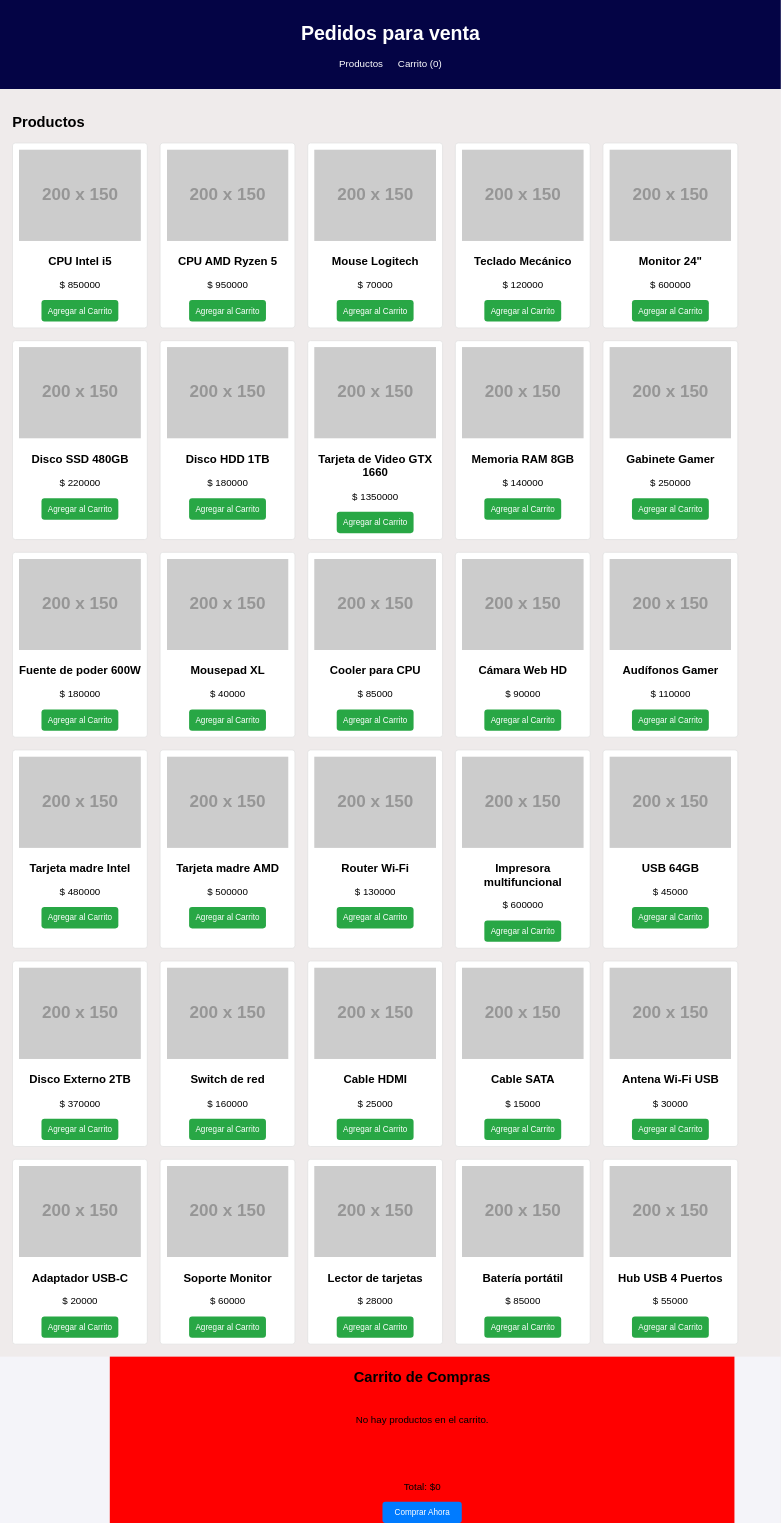
Repository: ye909/RAVPIP
Page: src/templei/ventasPortatil.html
These files come from the project's save history. The page is drawn as it stood at one moment and after the next save; the edit follows.
The browser window is 1280 px wide. The pictures show the whole page, at 61% of full size.

Above is the page before, as saved 2025-04-10 08:04:02.
Console error: ReferenceError: updateCart is not defined

### src/templei/ventasPortatil.html


<!DOCTYPE html>
<html lang="es">
<head>
    <meta charset="UTF-8">
    <meta name="viewport" content="width=device-width, initial-scale=1.0">
    <title>Tienda de Medios Tecnológicos</title>
    <link rel="stylesheet" href="../css/ventas.css">
</head>
<body>
  <header>
    <h1>Pedidos para venta </h1>
    <nav>
      <ul>
        <li><a href="#productos">Productos</a></li>
        <li><a href="#carrito">Carrito (<span id="cart-count">0</span>)</a></li>
      </ul>
    </nav>
  </header>

  <main class="containerCarrito">
    <section id="productos">
      <h2>Productos</h2>
      <div class="product-list" id="product-list">

      </div>
    </section>

    <section id="carrito" class="carrito">
      <h2>Carrito de Compras</h2>
      <div id="cart-items">
        <p>No hay productos en el carrito.</p>
      </div>
      <p>Total: $<span id="cart-total">0</span></p>
      <button id="checkout-btn" >Comprar Ahora</button>
    </section>


  </main>

  <!-- <footer>
    <p>&copy; 2023 Tienda de Medios Tecnológicos</p>
  </footer> -->


    <script src="../js/ventas.js"></script>

</body>
</html>

### src/css/ventas.css




body {
    font-family: Arial, sans-serif;
    margin: 0;
    padding: 0;
    background-color: #f4f4f9;
  }

  header {
    background-color: #040445;
    color: #fff;
    padding: 1rem;
    text-align: center;
  }

  header nav ul {
    list-style: none;
    padding: 0;
  }

  header nav ul li {
    display: inline;
    margin: 0 10px;
  }

  header nav ul li a {
    color: #fff;
    text-decoration: none;
  }

  main {
    padding: 20px;
    background: #efebeb;
    position: relative;
  }

  .product-list {
    display: flex;
    flex-wrap: wrap;
    gap: 20px;
  }

  .product {
    background-color: #fff;
    border: 1px solid #ddd;
    border-radius: 5px;
    padding: 10px;
    width: 200px;
    text-align: center;
  }

  .product img {
    max-width: 100%;
    height: auto;
  }

  .add-to-cart {
    background-color: #28a745;
    color: #fff;
    border: none;
    padding: 10px;
    cursor: pointer;
    border-radius: 5px;
  }

  .add-to-cart:hover {
    background-color: #218838;
  }

  #carrito {
    margin-top: 20px;
  }



  #checkout-btn {
    background-color: #007bff;
    color: #fff;
    border: none;
    padding: 10px 20px;
    cursor: pointer;
    border-radius: 5px;
  }

  #checkout-btn:disabled {
    background-color: #ccc;
  }
  .carrito{
    position: absolute;
 text-align: center;
   background:red;
   width:80%;
   margin-left: 160px;
   z-index: 100;
  }
  #cart-items {
    min-height: 100px;
    padding: 10px;
    /* border: 1px solid #ddd;

    background-color: #fff; */
  }
  footer {
    text-align: center;
    padding: 10px;
    background-color: #333;
    color: #fff;
    position: fixed;
    bottom: 0;
    width: 100%;
  }

### src/js/ventas.js


fetch("../js/datos.json")
  .then(response => response.json())
  .then(data =>{

  data.forEach((item)=>{
    const productlist = document.getElementById("product-list")
    const sudcontainer=document.createElement("div")
    sudcontainer.setAttribute("data-id", item.id); // Suponiendo que el JSON tiene un campo "id"
    sudcontainer.setAttribute("data-name", item.name);
    sudcontainer.setAttribute("data-price", item.price);


    sudcontainer.classList.add("product")
    sudcontainer.innerHTML=`
    <img src="${item.image}" alt="Smartphone X">
   <h3>${item.name} </h3>
   <p>$ ${item.price}</p>
   <button class="add-to-cart">Agregar al Carrito</button>
    `
   productlist.appendChild(sudcontainer)
    console.log(productlist)

  })





  const cart = [];
  let cartTotal = 0;

// Función para actualizar el carrito
 function updateCart() {
   const cartItemsDiv = document.getElementById('cart-items');
   const cartCountSpan = document.getElementById('cart-count');
   const cartTotalSpan = document.getElementById('cart-total');
   const checkoutBtn = document.getElementById('checkout-btn');

  // Limpiar el contenido actual del carrito
   cartItemsDiv.innerHTML = '';

   if (cart.length === 0) {
     cartItemsDiv.innerHTML = '<p>No hay productos en el carrito.</p>';
     checkoutBtn.disabled = true;
   } else {
     cart.forEach(item => {
       const itemDiv = document.createElement('div');
       itemDiv.textContent = `${item.name} - $${item.price}`;
       cartItemsDiv.appendChild(itemDiv);
     });
     checkoutBtn.disabled = false;
   }

   // Actualizar el contador y el total
   cartCountSpan.textContent = cart.length;
   cartTotalSpan.textContent = cartTotal.toFixed(2);
 }

 // Agregar productos al carrito
 document.querySelectorAll('.add-to-cart').forEach(button => {
   button.addEventListener('click', () => {
     const productDiv = button.parentElement;
     const productId = productDiv.dataset.id;
     const productName = productDiv.dataset.name;
     const productPrice = parseFloat(productDiv.dataset.price);

//     // Verificar si el producto ya está en el carrito
     const existingItem = cart.find(item => item.id === productId);
     if (existingItem) {
       existingItem.quantity += 1;
     } else {
       cart.push({ id: productId, name: productName, price: productPrice, quantity: 1 });
     }

     // Actualizar el total
     cartTotal += productPrice;

     // Actualizar la vista del carrito
     updateCart();
   });
 });

 document.getElementById("checkout-btn").addEventListener("click",verCarrito)

 function verCarrito() {
  alert("a")
  // const containerCarrito

 }
} )
 // Inicializar el carrito
 updateCart();

### src/js/datos.json

[
  { "id": 1,
  "name": "CPU Intel i5",
   "price": 850000,
   "image": "https://via.placeholder.com/200x150?text=CPU+Intel+i5" },
  { "id": 2, "name": "CPU AMD Ryzen 5", "price": 950000, "image": "https://via.placeholder.com/200x150?text=Ryzen+5" },
  { "id": 3, "name": "Mouse Logitech", "price": 70000, "image": "https://via.placeholder.com/200x150?text=Mouse" },
  { "id": 4, "name": "Teclado Mecánico", "price": 120000, "image": "https://via.placeholder.com/200x150?text=Teclado" },
  { "id": 5, "name": "Monitor 24\"", "price": 600000, "image": "https://via.placeholder.com/200x150?text=Monitor" },
  { "id": 6, "name": "Disco SSD 480GB", "price": 220000, "image": "https://via.placeholder.com/200x150?text=SSD" },
  { "id": 7, "name": "Disco HDD 1TB", "price": 180000, "image": "https://via.placeholder.com/200x150?text=HDD" },
  { "id": 8, "name": "Tarjeta de Video GTX 1660", "price": 1350000, "image": "https://via.placeholder.com/200x150?text=GPU" },
  { "id": 9, "name": "Memoria RAM 8GB", "price": 140000, "image": "https://via.placeholder.com/200x150?text=RAM+8GB" },
  { "id": 10, "name": "Gabinete Gamer", "price": 250000, "image": "https://via.placeholder.com/200x150?text=Gabinete" },
  { "id": 11, "name": "Fuente de poder 600W", "price": 180000, "image": "https://via.placeholder.com/200x150?text=PSU+600W" },
  { "id": 12, "name": "Mousepad XL", "price": 40000, "image": "https://via.placeholder.com/200x150?text=Mousepad" },
  { "id": 13, "name": "Cooler para CPU", "price": 85000, "image": "https://via.placeholder.com/200x150?text=Cooler" },
  { "id": 14, "name": "Cámara Web HD", "price": 90000, "image": "https://via.placeholder.com/200x150?text=Webcam" },
  { "id": 15, "name": "Audífonos Gamer", "price": 110000, "image": "https://via.placeholder.com/200x150?text=Headset" },
  { "id": 16, "name": "Tarjeta madre Intel", "price": 480000, "image": "https://via.placeholder.com/200x150?text=Motherboard" },
  { "id": 17, "name": "Tarjeta madre AMD", "price": 500000, "image": "https://via.placeholder.com/200x150?text=Motherboard+AMD" },
  { "id": 18, "name": "Router Wi-Fi", "price": 130000, "image": "https://via.placeholder.com/200x150?text=Router" },
  { "id": 19, "name": "Impresora multifuncional", "price": 600000, "image": "https://via.placeholder.com/200x150?text=Impresora" },
  { "id": 20, "name": "USB 64GB", "price": 45000, "image": "https://via.placeholder.com/200x150?text=USB+64GB" },
  { "id": 21, "name": "Disco Externo 2TB", "price": 370000, "image": "https://via.placeholder.com/200x150?text=Disco+Externo" },
  { "id": 22, "name": "Switch de red", "price": 160000, "image": "https://via.placeholder.com/200x150?text=Switch" },
  { "id": 23, "name": "Cable HDMI", "price": 25000, "image": "https://via.placeholder.com/200x150?text=HDMI" },
  { "id": 24, "name": "Cable SATA", "price": 15000, "image": "https://via.placeholder.com/200x150?text=SATA" },
  { "id": 25, "name": "Antena Wi-Fi USB", "price": 30000, "image": "https://via.placeholder.com/200x150?text=Antena+WiFi" },
  { "id": 26, "name": "Adaptador USB-C", "price": 20000, "image": "https://via.placeholder.com/200x150?text=USB-C" },
  { "id": 27, "name": "Soporte Monitor", "price": 60000, "image": "https://via.placeholder.com/200x150?text=Soporte" },
  { "id": 28, "name": "Lector de tarjetas", "price": 28000, "image": "https://via.placeholder.com/200x150?text=Lector" },
  { "id": 29, "name": "Batería portátil", "price": 85000, "image": "https://via.placeholder.com/200x150?text=Power+Bank" },
  { "id": 30, "name": "Hub USB 4 Puertos", "price": 55000, "image": "https://via.placeholder.com/200x150?text=USB+Hub" }
]

After the next save:
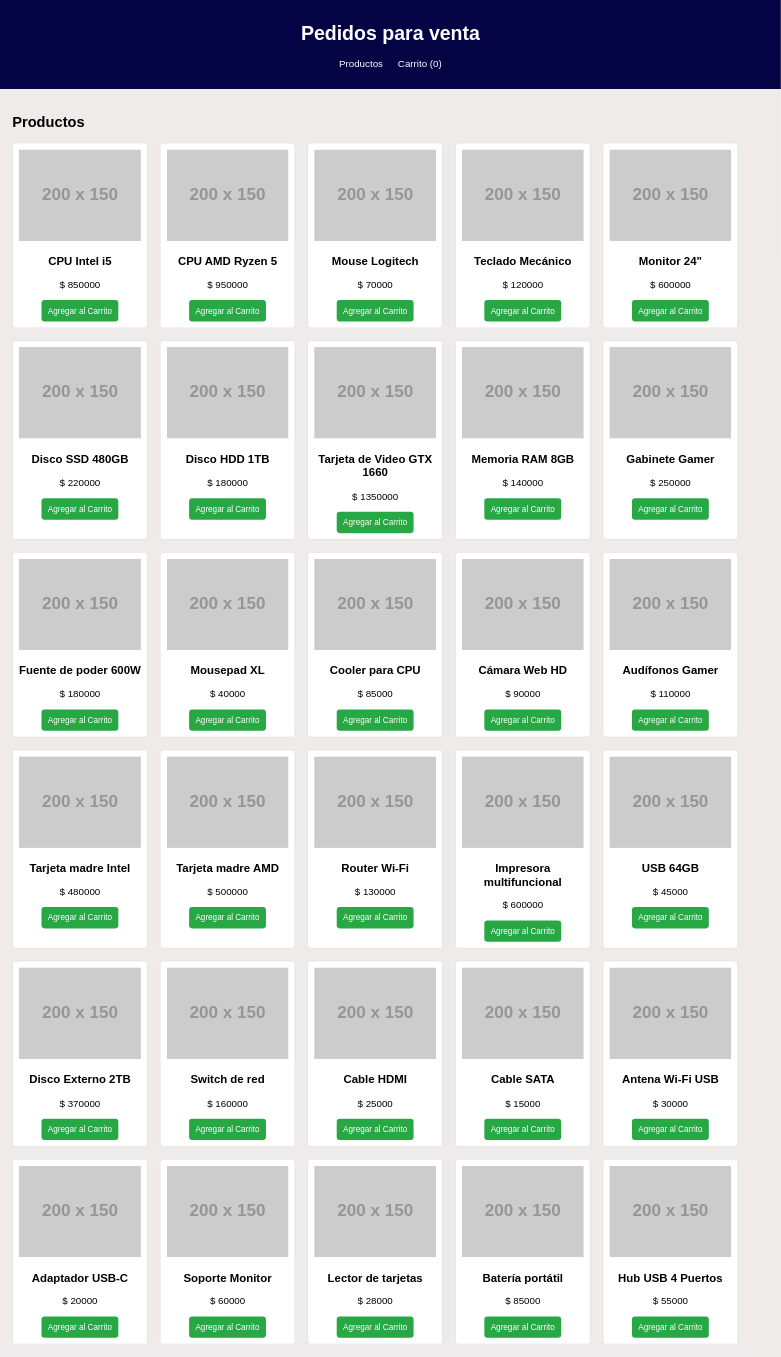
Saved 36 s later.
--- a/src/css/ventas.css
+++ b/src/css/ventas.css
@@ -34,7 +34,7 @@ body {
   main {
     padding: 20px;
     background: #efebeb;
-    position: relative;
+
   }
 
   .product-list {
@@ -89,12 +89,12 @@ body {
     background-color: #ccc;
   }
   .carrito{
-    position: absolute;
+    position: fixed;
  text-align: center;
    background:red;
    width:80%;
    margin-left: 160px;
-   z-index: 100;
+ ;
   }
   #cart-items {
     min-height: 100px;
